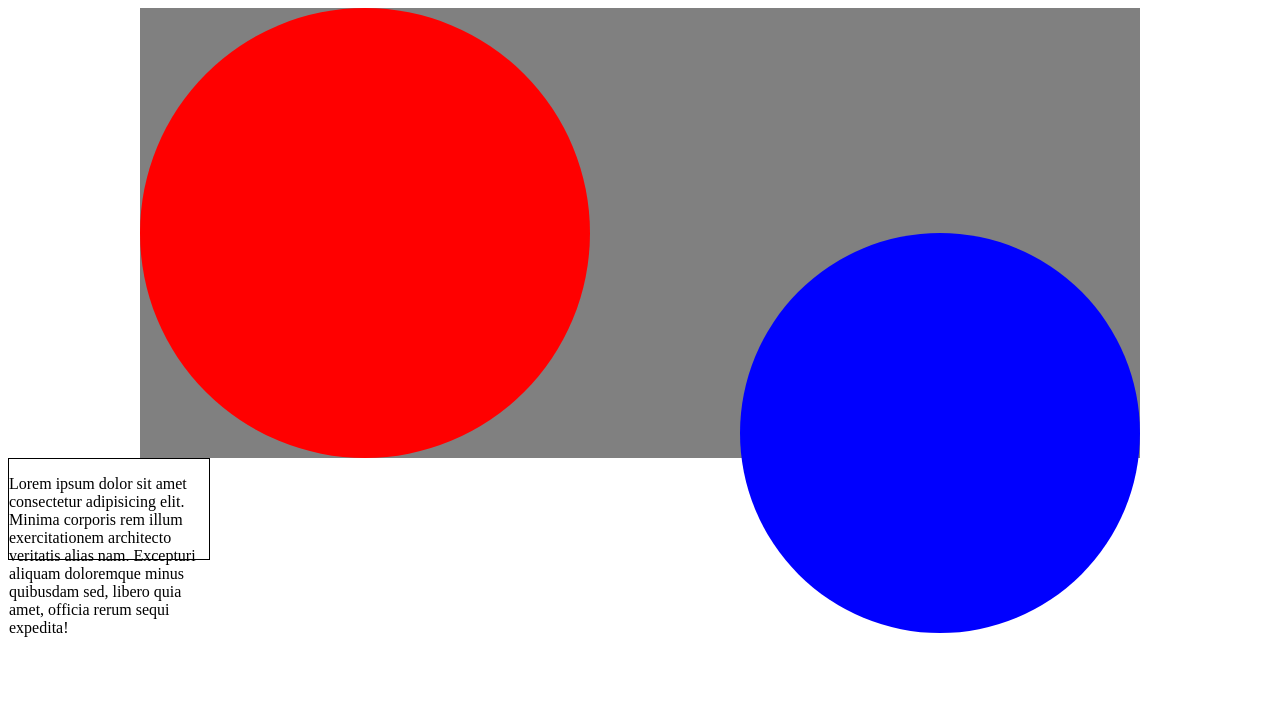
Repository: dovanluyen1996/Test-Git-PR
Page: index.html
An editor plug-in stored every save of this project. The page is shown before and after the next save, followed by the edit.
The browser window is 1280 px wide. The pictures show the whole page.

Above is the page before, as saved 2021-09-06 23:20:48.

### index.html
<!DOCTYPE html>
<html lang="en">
  <head>
    <meta charset="UTF-8" />
    <meta http-equiv="X-UA-Compatible" content="IE=edge" />
    <meta name="viewport" content="width=device-width, initial-scale=1.0" />
    <title>TestVsCode</title>
    <link rel="stylesheet" href="css/style.css" />
  </head>

  <body>
    <div class="container">
      <div class="test1"></div>
      <div class="test2"></div>
    </div>
    <div class="im-center">
      <p class="text">
        Lorem ipsum dolor sit amet consectetur adipisicing elit. Minima corporis
        rem illum exercitationem architecto veritatis alias nam. Excepturi
        aliquam doloremque minus quibusdam sed, libero quia amet, officia rerum
        sequi expedita!
      </p>
    </div>
  </body>
</html>

### css/style.css
body {
}
.container {
  width: 1000px;
  margin: 0 auto;
  position: relative;
  background-color: grey;
}
.test1 {
  width: 450px;
  height: 450px;
  background-color: red;
  border-radius: 50%;
}
.test2 {
  width: 400px;
  height: 400px;
  background-color: blue;
  border-radius: 50%;
  position: absolute;
  right: 0;
  top: 50%;
}
.im-center {
  width: 200px;
  height: 100px;
  border: 1px solid black;
}

After the next save:
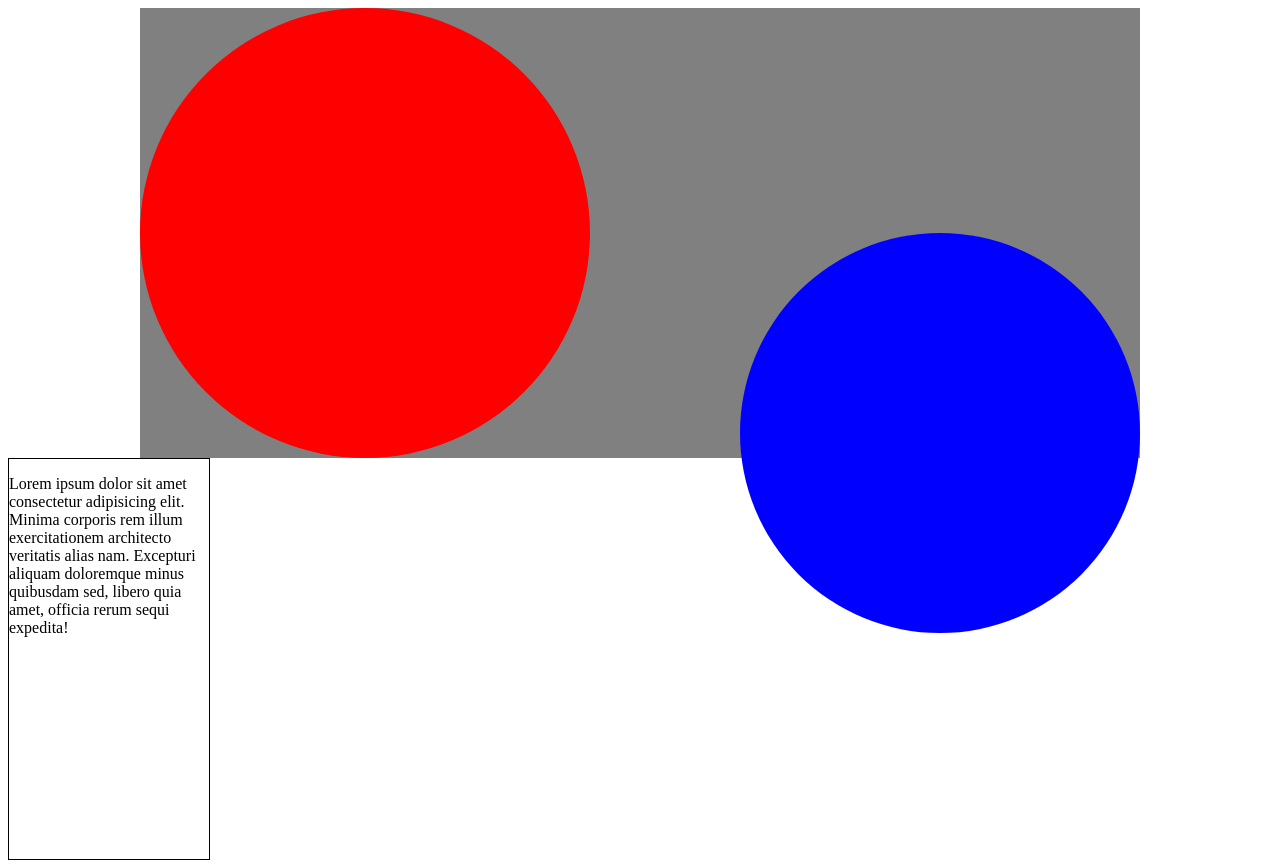
Saved 6 s later.
--- a/css/style.css
+++ b/css/style.css
@@ -23,6 +23,6 @@ body {
 }
 .im-center {
   width: 200px;
-  height: 100px;
+  height: 400px;
   border: 1px solid black;
 }
